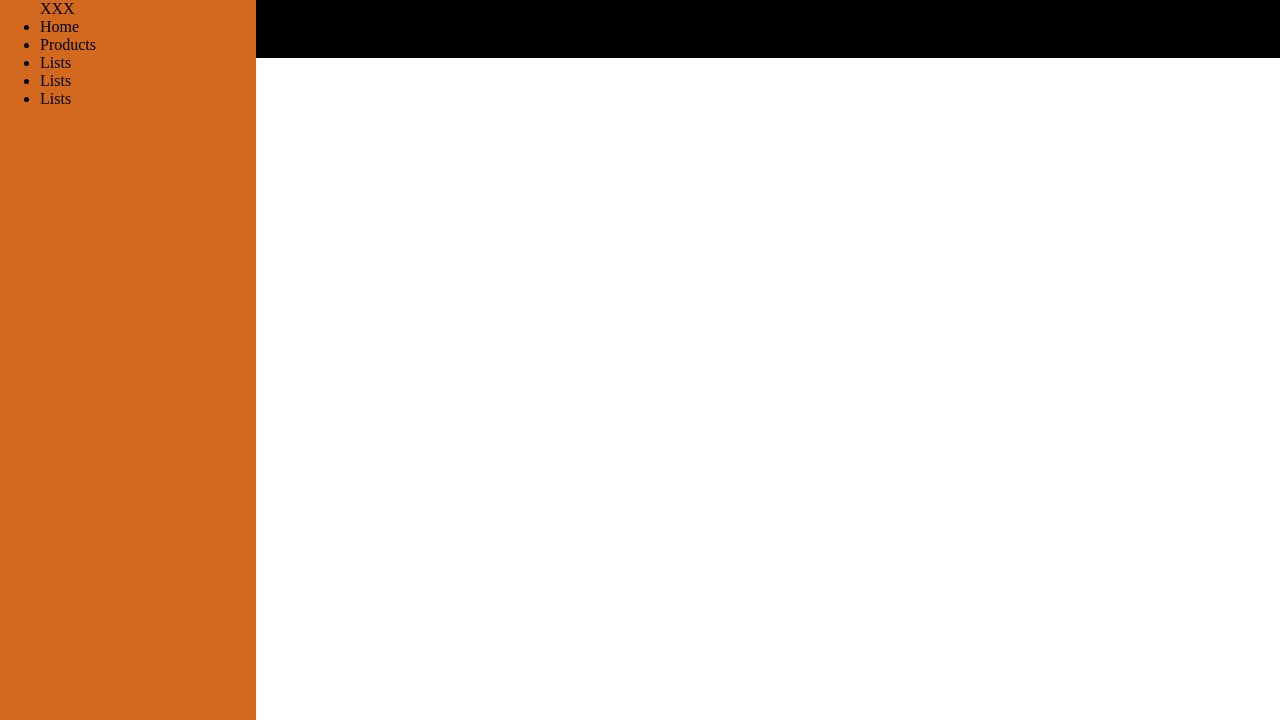
Repository: hemantsaini-7/React_Basics
Page: / (app in SIDEBAR/)
These files come from the project's save history. The page is drawn as it stood at one moment and after the next save; the edit follows.
The browser window is 1280 px wide. The pictures show the whole page.
The project was rebuilt for these pictures with package versions that can differ from the ones it lists, and the page was loaded fresh each time. Also part of the build but not shown: SIDEBAR/src/components/Sidebar.js.

Above is the page before, as saved 2020-11-15 20:22:59.

After the next save:
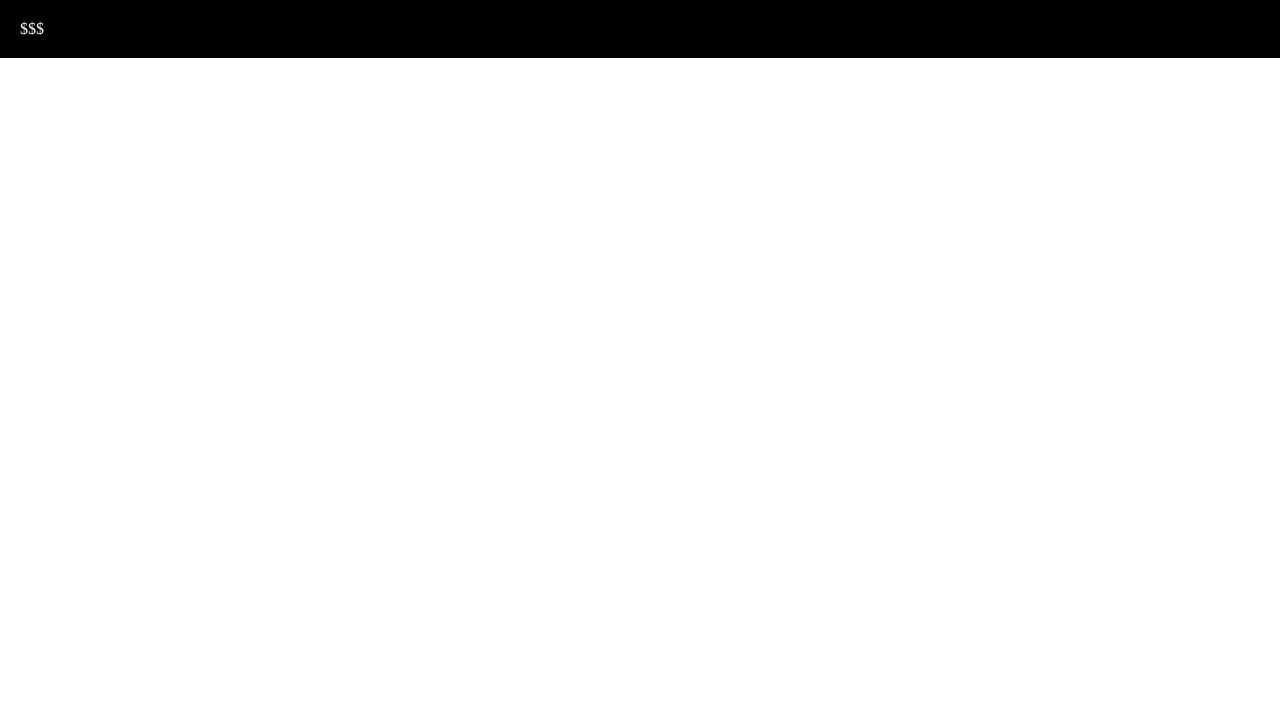
Saved 9 s later.
--- a/SIDEBAR/src/App.css
+++ b/SIDEBAR/src/App.css
@@ -20,7 +20,7 @@ nav {
   width: 20vw;
   position: fixed;
   top: 0;
-  /* left: -100%; */
+  left: -100%;
 }
 .side-deactive {
   background-color: aqua;
